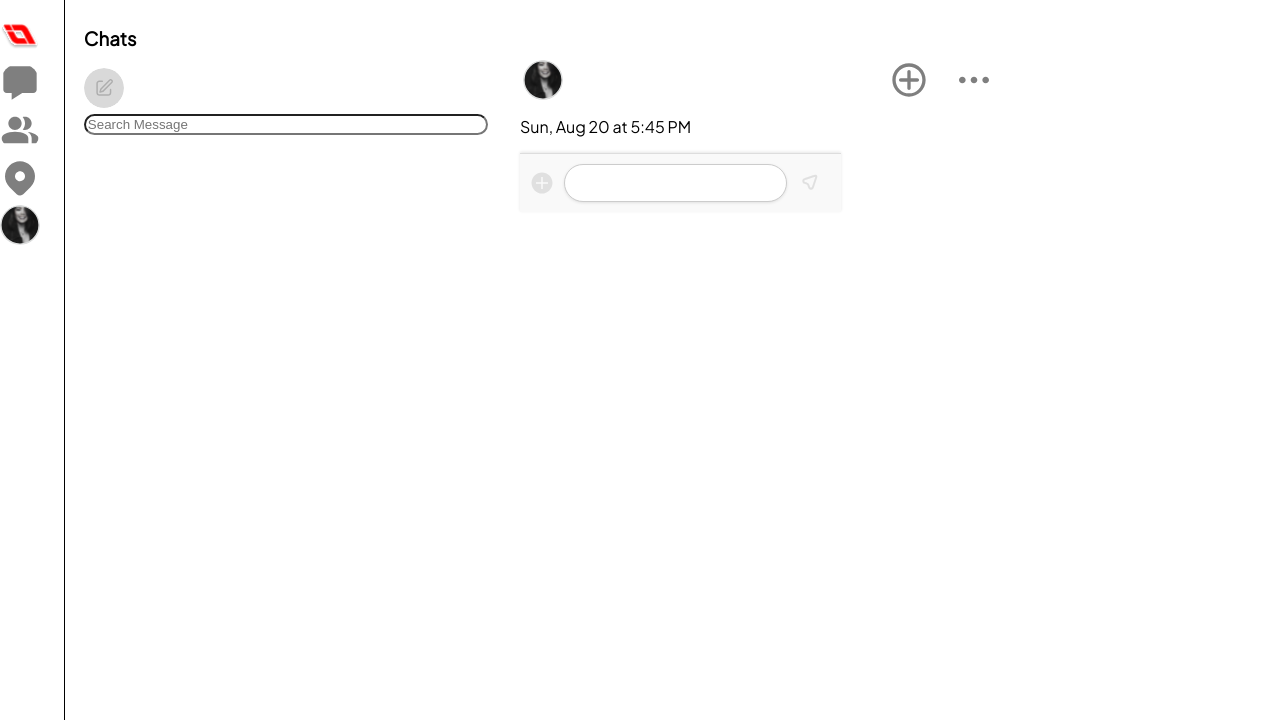
Repository: Nicktacku/LawChat
Page: /homechat (app in frontend/lawchat/)
These files come from the project's save history. The page is drawn as it stood at one moment and after a run of saves; the edit follows.
The browser window is 1280 px wide. The pictures show the whole page.
The page's requests for data from a server got no answer. The project was rebuilt for these pictures with package versions that can differ from the ones it lists, and the page was loaded fresh each time. No one was signed in, and anything a server would have sent is missing. Also part of the build but not shown: frontend/lawchat/src/styles/button.css, frontend/lawchat/src/components/Button.js, frontend/lawchat/src/pages/Home.js, frontend/lawchat/src/pages/Login.js, frontend/lawchat/src/styles/chatpreview.css, frontend/lawchat/src/components/ChatPreview.js, frontend/lawchat/src/components/ChatBubble.js, frontend/lawchat/src/pages/Test.js.

Above is the page before, as saved 2024-08-16 16:05:04.

### frontend/lawchat/public/index.html
<!DOCTYPE html>
<html lang="en">
  <head>
    <meta charset="utf-8" />
    <link rel="icon" href="%PUBLIC_URL%/favicon.ico" />
    <meta name="viewport" content="width=device-width, initial-scale=1" />
    <meta name="theme-color" content="#000000" />
    <meta
      name="description"
      content="Web site created using create-react-app"
    />
    <link rel="apple-touch-icon" href="%PUBLIC_URL%/logo192.png" />
    <!--
      manifest.json provides metadata used when your web app is installed on a
      user's mobile device or desktop. See https://developers.google.com/web/fundamentals/web-app-manifest/
    -->
    <link rel="manifest" href="%PUBLIC_URL%/manifest.json" />
    <link
      href="https://fonts.googleapis.com/css?family=Plus Jakarta Sans"
      rel="stylesheet"
    />
    <!--
      Notice the use of %PUBLIC_URL% in the tags above.
      It will be replaced with the URL of the `public` folder during the build.
      Only files inside the `public` folder can be referenced from the HTML.

      Unlike "/favicon.ico" or "favicon.ico", "%PUBLIC_URL%/favicon.ico" will
      work correctly both with client-side routing and a non-root public URL.
      Learn how to configure a non-root public URL by running `npm run build`.
    -->
    <title>React App</title>
  </head>
  <body>
    <noscript>You need to enable JavaScript to run this app.</noscript>
    <div id="root"></div>
    <!--
      This HTML file is a template.
      If you open it directly in the browser, you will see an empty page.

      You can add webfonts, meta tags, or analytics to this file.
      The build step will place the bundled scripts into the <body> tag.

      To begin the development, run `npm start` or `yarn start`.
      To create a production bundle, use `npm run build` or `yarn build`.
    -->
  </body>
</html>

### frontend/lawchat/src/App.js
import Home from "./pages/Home.js";
import Login from "./pages/Login.js";
import HomeChat from "./pages/HomeChat.js";

import {
  createBrowserRouter,
  createRoutesFromElements,
  Route,
  RouterProvider,
} from "react-router-dom";
import Test from "./pages/Test.js";

const router = createBrowserRouter(
  createRoutesFromElements(
    <Route path="/">
      <Route index element={<Home />} />
      <Route path="/login" element={<Login />} />
      <Route path="/homechat" element={<HomeChat />} />
      <Route path="/test" element={<Test />} />
    </Route>
  )
);

function App() {
  return (
    <div className="App">
      {/* <Login /> */}
      <RouterProvider router={router} />
    </div>
  );
}

export default App;

### frontend/lawchat/src/pages/HomeChat.js
import React, { useEffect, useState } from "react";
import axios from "axios";

import logo from "../images/logo.svg";
import chaticon from "../images/chaticon.svg";
import friendsicon from "../images/friendsicon.svg";
import locationicon from "../images/locationicon.svg";
import personaldp from "../images/personaldp.svg";

import newchaticon from "../images/newchaticon.svg";
import ChatPreview from "../components/ChatPreview";
import addicon from "../images/addicon.svg";
import tripledoticon from "../images/tripledoticon.svg";
import ChatBubble from "../components/ChatBubble";
import attachicon from "../images/attachicon.svg";
import sendicon from "../images/sendicon.svg";
import "../styles/homechat.css";

const HomeChat = () => {
  const [loading, setLoading] = useState(false);
  const [gcs, setGcs] = useState([]);
  const [userNames, setUserNames] = useState({});
  const [typedChat, setTypedChat] = useState("");
  const [currentGc, setCurrentGc] = useState("66bdc4c92b6710e2a4cfd866");

  useEffect(() => {
    setLoading(true);
    axios
      .get("http://localhost:5555/gc")
      .then((response) => {
        setGcs(response.data);
        fetchUserNames(response.data);
      })
      .catch((err) => {
        console.log("in chats", err);
        setLoading(false);
      });
  }, [gcs]);

  const fetchUserNames = async (gcs) => {
    const userIds = [
      ...new Set(gcs.flatMap((gc) => gc.chats.map((chat) => chat.sender))),
    ];

    const userPromises = userIds.map((id) =>
      axios
        .get(`http://localhost:5555/users/${id}`)
        .then((response) => ({
          id,
          name: response.data.name,
        }))
        .catch((error) => {
          console.error(`Error fetching user ${id}:`, error);
          return { id, name: null }; // or handle differently
        })
    );

    const userData = await Promise.all(userPromises);
    const userNameMap = userData.reduce((acc, user) => {
      acc[user.id] = user.name || "Unknown User"; // Fallback if name is missing
      return acc;
    }, {});

    setUserNames(userNameMap);
    setLoading(false);
  };

  const sendChat = async (message, sender) => {
    const now = new Date();
    const newChat = {
      message: message,
      sender: sender,
      time: now.toLocaleTimeString(),
      is_owner: true,
    };
    await axios
      .post(`http://localhost:5555/gc/chat/send/${currentGc}`, newChat)
      .then((response) => {
        console.log(response);
      })
      .catch(function (error) {
        console.log(error);
      });

    setTypedChat("");
  };

  const handleChange = (e) => {
    setTypedChat(e.target.value);
  };

  const handleCurrentGc = (gcId) => {
    setCurrentGc(gcId);
    console.log(gcId);
  };

  return (
    <div className="container">
      <div className="sidebar">
        <img src={logo} className="img" alt="Logo" /> <br />
        <img src={chaticon} className="img" alt="Chat Icon" /> <br />
        <img src={friendsicon} className="img" alt="Friends Icon" /> <br />
        <img src={locationicon} className="img" alt="Location Icon" /> <br />
        <img src={personaldp} className="img" alt="Personal DP" /> <br />
      </div>
      <div className="chats">
        <h3 className="h3">
          <b>Chats</b>
        </h3>
        <img src={newchaticon} alt="New Chat Icon" />
        <form>
          <input type="text" placeholder="Search Message" className="search" />
        </form>
        {gcs.map((gc) => (
          <>
            <div
              onClick={() => handleCurrentGc(gc._id)}
              className="chat-previews"
            >
              <ChatPreview
                key={gc._id}
                name={gc.name}
                preview={gc.chats.message}
              />
            </div>
            <button>delete</button>
          </>
        ))}
      </div>
      <div className="chat">
        <div className="chat-bar">
          <img src={personaldp} className="chat-image" alt="Chat Image" />
          <h3 className="chat-name">
            {gcs.map((gc) => (currentGc === gc._id ? gc.name : <></>))}
          </h3>
          <img src={addicon} className="chat-add" alt="Add Icon" />
          <img src={tripledoticon} className="chat-menu" alt="Menu Icon" />
        </div>
        <span className="chat-content">
          <p>Sun, Aug 20 at 5:45 PM</p>
          {gcs.map((gc) =>
            currentGc === gc._id ? (
              gc.chats.map((chat) => (
                <ChatBubble
                  key={chat.id}
                  name={userNames[chat.sender] || chat.sender}
                  message={chat.message}
                  className="chat-content"
                />
              ))
            ) : (
              <></>
            )
          )}
        </span>
        <div className="chatbox">
          <img src={attachicon} alt="Attach Icon" />
          <form>
            <input
              type="text"
              onChange={handleChange}
              value={typedChat}
              placeholder=""
            />
            <img
              src={sendicon}
              onClick={() => sendChat(typedChat, "66bd6a69b21a0789dbf1601f")}
              alt="Send Icon"
            />
          </form>
        </div>
      </div>
    </div>
  );
};

export default HomeChat;

### frontend/lawchat/src/styles/home.css
body {
    font-family: 'Plus Jakarta Sans';
}

.body {
    padding-left: 5%;
    padding-right: 5%;
}

.navbar {
    overflow: hidden;
    border-bottom: 1px solid rgba(129, 133, 137, 0.3);
    padding-left: 3%;
    padding-right: 3%;
}



.nav-list {
    list-style-type: none;
    margin: 0;
    padding: 0;
    text-align: center;
}

.nav-item {
    float: right;
    padding: 2vh;
}

.logo{
    overflow: hidden;
    float:left;
}

.body-content {
    width: 40%;
    float: left;
    justify-content: center;
}

.body-image {
    width: 60%;
    float: right;
}

.h1{
    font-size: 18vh;
    margin-top: 30%;
}

.p {
    font-size: 5vh;
    color: gray;
}

.stores {
    justify-content: space-around;
}

.body-image {
    position: relative;
}

/* .body-image-content {
    position: absolute;
    width: 100px;
    height: 100px;
    border: 1px solid red;
} */

### frontend/lawchat/src/styles/homechat.css
.sidebar {
    height: 100%;
    width: 5%;
    position: fixed;
    top: 0;
    left: 0;
    overflow-x: hidden;
    padding-top: 16px;
    border-right: 1px solid black;
    /* justify-content: center; */
    /* align-items: center; */
  }

.chat {
    margin-left: 40%;
    position: absolute;
    top: 0%;
}

.chats {
    margin-left: 6%
}

.img{
    width: 9vh;
    padding-bottom: 5%;
  }

.search {
    border-radius: 30px;
    width: 55vh
}

.chat-bar{
  margin-top: 20%;
  display:flex;
  justify-content: space-around;
}

.chat-image{
  margin-left: 1%;
}

.chat-name{
  margin-left: 5%;
}

.chat-add{
  margin-left: 100%;
}

.chat-menu{
  margin-left: 5%;
}

.chatbox {
  display: flex;
  align-items: center;
  padding: 10px;
  background-color: #f9f9f9;
  border-top: 1px solid #ddd;
  box-shadow: 0px -1px 3px rgba(0, 0, 0, 0.1);
  width: 100%;
}

.chatbox img {
  width: 24px;
  height: 24px;
  cursor: pointer;
  margin-right: 10px;
}

.chatbox form {
  display: flex;
  align-items: center;
  flex-grow: 1;
}

.chatbox input[type="text"] {
  flex-grow: 1;
  padding: 10px;
  border-radius: 20px;
  border: 1px solid #ccc;
  outline: none;
  font-family: Arial, sans-serif;
  font-size: 14px;
  background-color: #fff;
  box-shadow: 0px 1px 3px rgba(0, 0, 0, 0.1);
  margin-right: 10px;
}

.chatbox input[type="text"]::placeholder {
  color: #aaa;
}

.chatbox button {
  background: none;
  border: none;
  cursor: pointer;
}

.chatbox button img {
  width: 24px;
  height: 24px;
}

.chatbox input[type="text"]:focus {
  border-color: #007bff;
  box-shadow: 0px 0px 5px rgba(0, 123, 255, 0.5);
}

.chat-previews{
  cursor: pointer;
}

### frontend/lawchat/src/styles/chatbubble.css
.container {
  display: flex;
  align-items: flex-start; /* Aligns the profile image and text container at the top */
  margin-bottom: 10px;
}

.container img {
  width: 40px;
  height: 40px;
  border-radius: 50%;
  margin-right: 10px;
  flex-shrink: 0; /* Prevents the image from shrinking */
}

.message-wrapper {
  display: flex;
  flex-direction: column; /* Stacks the sender name and message vertically */
  max-width: 80%; /* Limits the width of the chat message */
}

.sender-name {
  font-size: 12px;
  color: #555;
  margin-bottom: 3px;
  font-weight: bold;
}

.chat-message {
  background-color: #f0f0f0;
  color: #333;
  padding: 10px 15px;
  border-radius: 15px;
  font-family: Arial, sans-serif;
  font-size: 14px;
  line-height: 1.5;
  box-shadow: 0px 1px 3px rgba(0, 0, 0, 0.1);
  position: relative;
  word-wrap: break-word; /* Ensures long words break onto the next line */
}

.chat-message::before {
  content: "";
  position: absolute;
  top: 10px;
  left: -10px;
  width: 0;
  height: 0;
  border-top: 10px solid transparent;
  border-bottom: 10px solid transparent;
  border-right: 10px solid #f0f0f0;
}

Loaded but not shown: frontend/lawchat/src/index.js (common file)

After the next 2 saves:
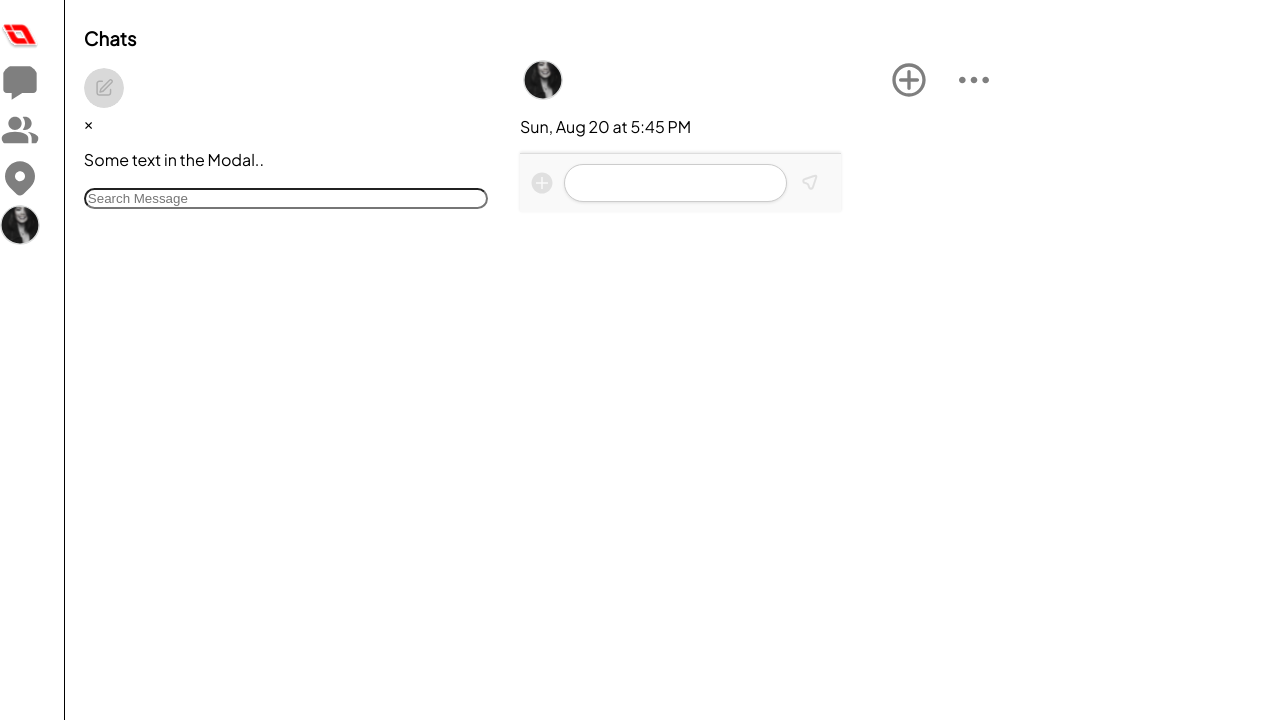
The 2 saves are shown as one change because 1 did not build or start.
The last was saved 5 min 59 s later.
--- a/frontend/lawchat/src/pages/HomeChat.js
+++ b/frontend/lawchat/src/pages/HomeChat.js
@@ -108,6 +108,12 @@ const HomeChat = () => {
           <b>Chats</b>
         </h3>
         <img src={newchaticon} alt="New Chat Icon" />
+        <div id="myModal" class="modal">
+          <div class="modal-content">
+            <span class="close">&times;</span>
+            <p>Some text in the Modal..</p>
+          </div>
+        </div>
         <form>
           <input type="text" placeholder="Search Message" className="search" />
         </form>

After the save that followed:
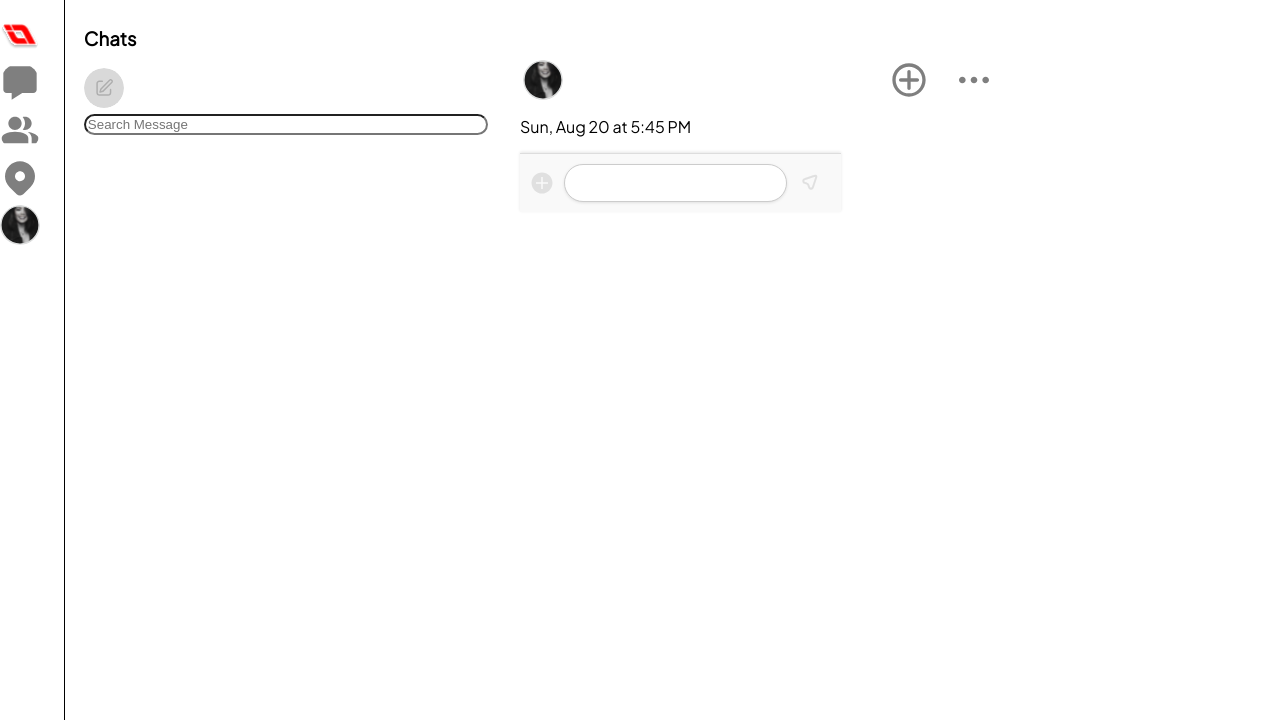
Saved 19 s later.
--- a/frontend/lawchat/src/styles/homechat.css
+++ b/frontend/lawchat/src/styles/homechat.css
@@ -112,3 +112,41 @@
 .chat-previews{
   cursor: pointer;
 }
+
+/* The Modal (background) */
+.modal {
+  display: none; /* Hidden by default */
+  position: fixed; /* Stay in place */
+  z-index: 1; /* Sit on top */
+  left: 0;
+  top: 0;
+  width: 100%; /* Full width */
+  height: 100%; /* Full height */
+  overflow: auto; /* Enable scroll if needed */
+  background-color: rgb(0,0,0); /* Fallback color */
+  background-color: rgba(0,0,0,0.4); /* Black w/ opacity */
+}
+
+/* Modal Content/Box */
+.modal-content {
+  background-color: #fefefe;
+  margin: 15% auto; /* 15% from the top and centered */
+  padding: 20px;
+  border: 1px solid #888;
+  width: 80%; /* Could be more or less, depending on screen size */
+}
+
+/* The Close Button */
+.close {
+  color: #aaa;
+  float: right;
+  font-size: 28px;
+  font-weight: bold;
+}
+
+.close:hover,
+.close:focus {
+  color: black;
+  text-decoration: none;
+  cursor: pointer;
+}
